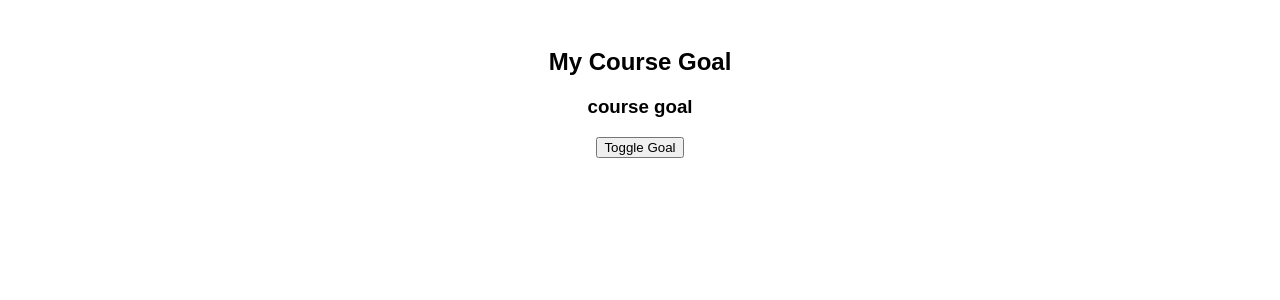
Repository: hanysaadeldeen/Learn-Vue_with_Maximilian
Page: / (app in 18-composition-api/problem-one/)
An editor plug-in stored every save of this project. The page is shown before and after the next save, followed by the edit.
The browser window is 1280 px wide. The pictures show the whole page.
The project was rebuilt for these pictures with package versions that can differ from the ones it lists, and the page was loaded fresh each time.

Above is the page before, as saved 2024-02-05 12:28:17.

After the next save:
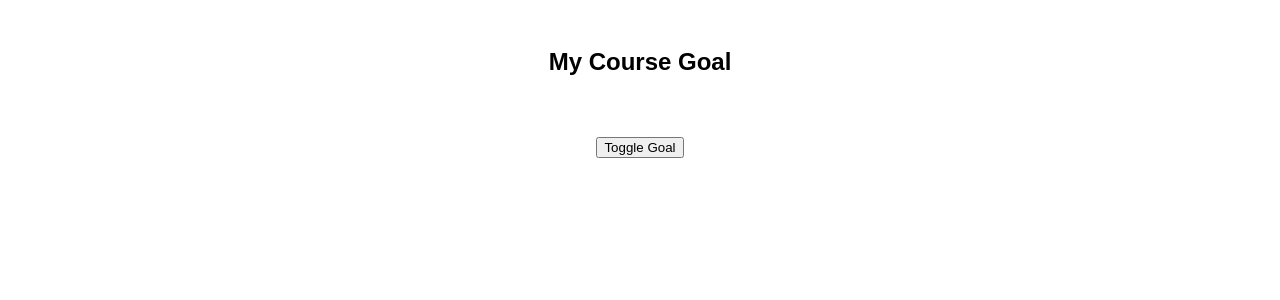
Saved 89 s later.
--- a/18-composition-api/problem-one/src/App.vue
+++ b/18-composition-api/problem-one/src/App.vue
@@ -28,7 +28,7 @@
       console.log(isHide.value);
     }
 
-    return { data: goal, toggle: toggle };
+    return { data: goal, isHide: isHide, toggle: toggle };
   },
 };
 </script>

After the save that followed:
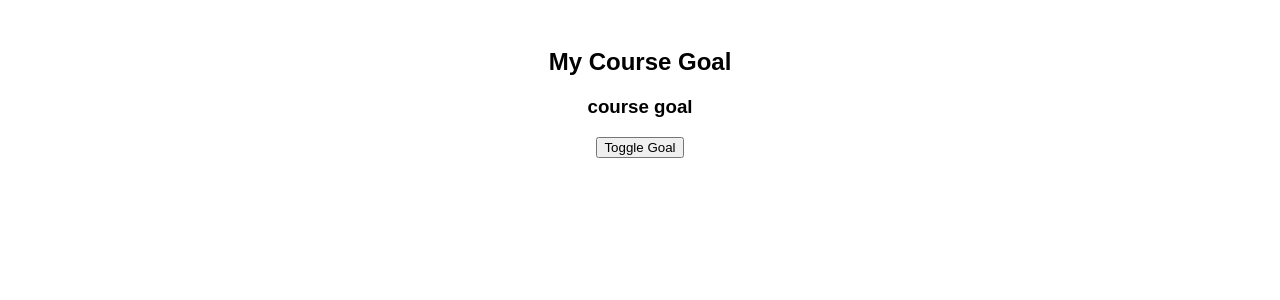
Saved 12 s later.
--- a/18-composition-api/problem-one/src/App.vue
+++ b/18-composition-api/problem-one/src/App.vue
@@ -17,7 +17,7 @@
 export default {
   setup() {
     const goal = ref('course goal');
-    const isHide = ref(true);
+    const isHide = ref(false);
 
     function toggle() {
       if (isHide.value) {
